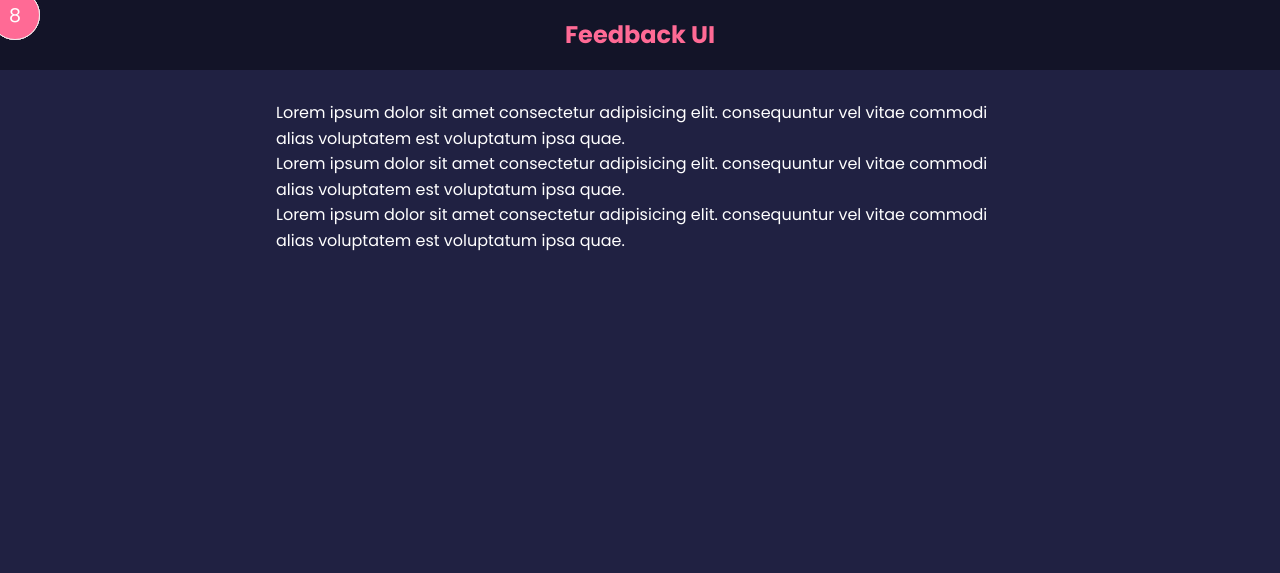
Repository: minhtien9/Feedback_App
Page: /
The author's editor kept a copy of each file at every save. The page is drawn from the files as they stood at one save, then again after the next save.
The browser window is 1280 px wide. The pictures show the whole page.
The project was rebuilt for these pictures with package versions that can differ from the ones it lists, and the page was loaded fresh each time.

Above is the page before, as saved 2022-02-17 18:30:02.

After the next save:
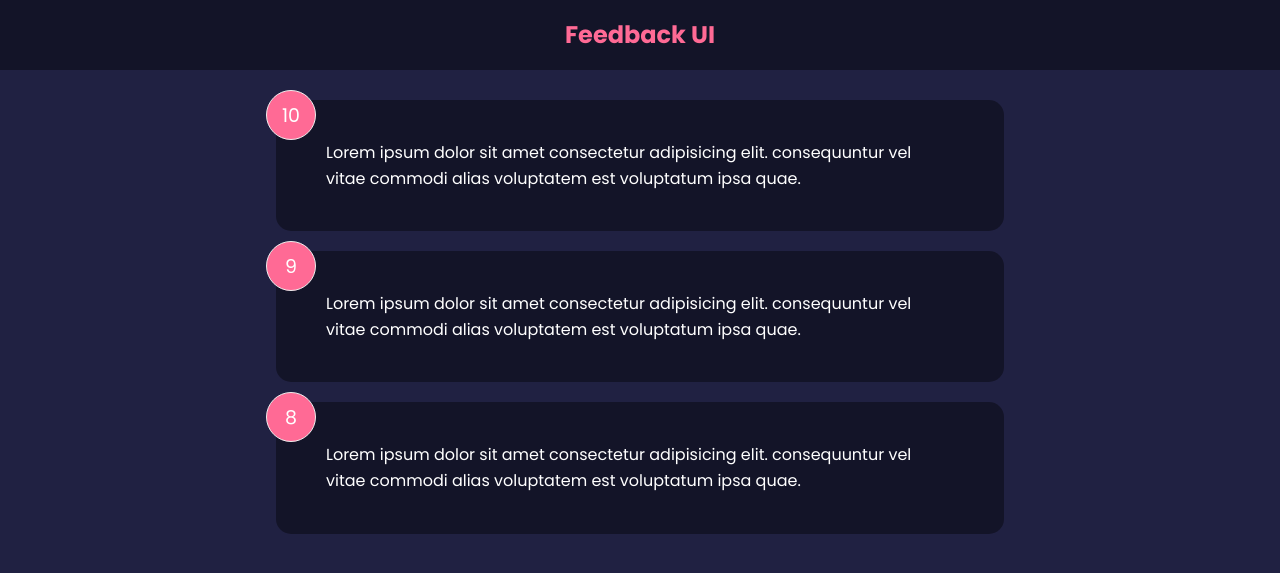
Saved 75 s later.
--- a/src/components/UI/Card.jsx
+++ b/src/components/UI/Card.jsx
@@ -4,7 +4,17 @@ import PropTypes from 'prop-types'
 Card.propTypes = {}
 
 function Card({ children, reverse }) {
-    return <div>{children}</div>
+    return (
+        <div
+            className='card'
+            style={{
+                backgroundColor: reverse ? 'rgba(0,0,0,0.4)' : '#fff',
+                color: reverse ? '#fff' : '#000',
+            }}
+        >
+            {children}
+        </div>
+    )
 }
 
 export default Card
